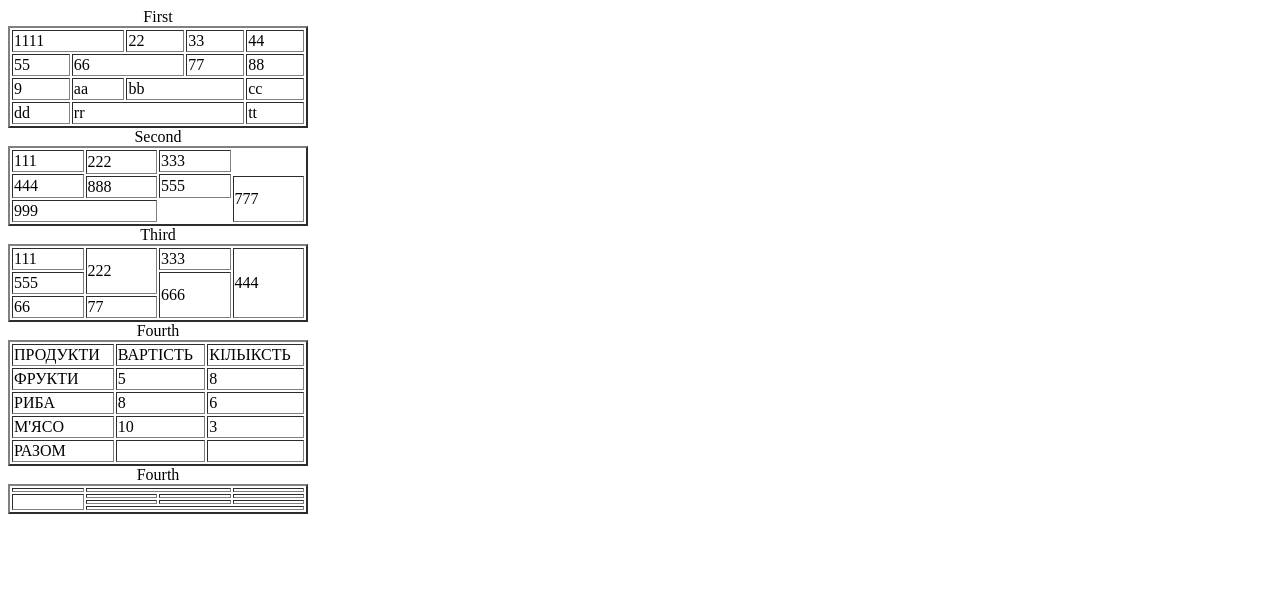
Repository: KseniaMakara/Web
Page: tables/index.html
The author's editor kept a copy of each file at every save. The page is drawn from the files as they stood at one save, then again after the next save.
The browser window is 1280 px wide. The pictures show the whole page.

Above is the page before, as saved 2021-02-15 17:02:49.

After the next save:
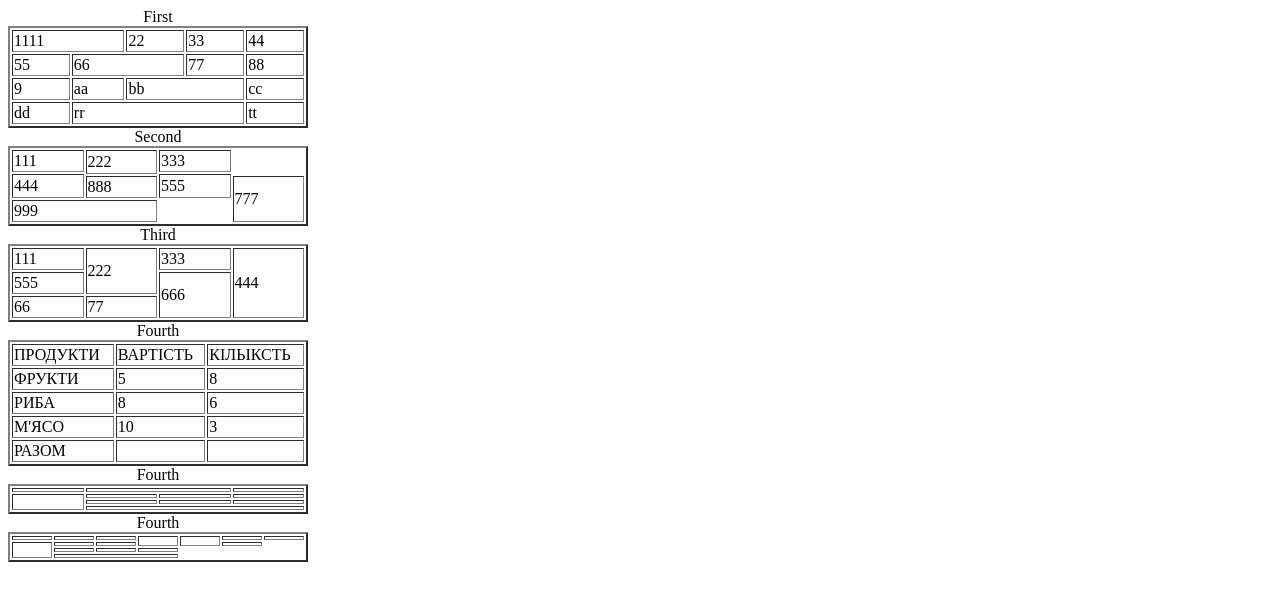
Saved 24 h 33 min later.
--- a/tables/index.html
+++ b/tables/index.html
@@ -106,7 +106,7 @@
                     <table border="2px" width="300px">
                 <caption> Fourth <caption>
                     <tr>
-                        <td hight="10000000px">  </td>
+                        <td hight="10px">  </td>
                         <td colspan = "2"> </td>
                         <td >  </td>
 
@@ -130,3 +130,33 @@
                     </tr>
 
                     </table>
+                    <table border="2px" width="300px">
+                        <caption> Fourth <caption>
+                            <tr>
+                                <td >  </td>
+                                <td >  </td>
+                                <td >  </td>
+                                <td rowspan = "2">  </td>
+                                <td rowspan = "2">  </td>
+                                <td >  </td>
+                                <td >  </td>
+                            </tr>
+                            <tr>
+                                <td rowspan="3">  </td>
+                                <td >  </td>
+                                <td >  </td>
+                                <td >  </td>
+                            </tr>
+
+                            <tr>
+                                <td >  </td>
+                                <td >  </td>
+                                <td >  </td>
+                            </tr>
+
+                            <tr>
+                                <td colspan="3"> </td>
+
+                            </tr>
+
+                            </table>
